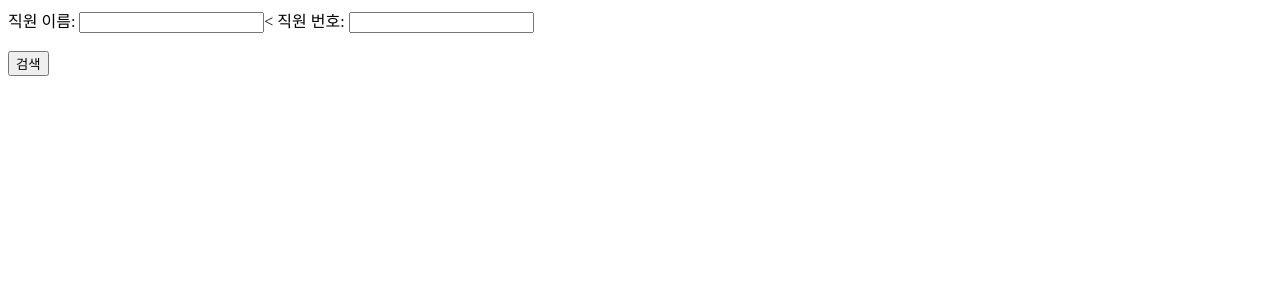
Repository: Awseok/InterDBTermProject
Page: http://localhost/FoodManager/Search_Employee.jsp
The author's editor kept a copy of each file at every save. The page is drawn from the files as they stood at one save, then again after the next save.
The browser window is 1280 px wide. The pictures show the whole page.
The page is served by Tomcat 9. Nobody is signed in. The application's start-up code is not run. Other server files are loaded and not shown.

Above is the page before, as saved 2020-06-27 11:55:23.

### FoodManager/WebContent/Search_Employee.jsp
<%@ page language="java" contentType="text/html; charset=EUC-KR"
    pageEncoding="EUC-KR"%>
<!DOCTYPE html>
<html>
<head>
<meta charset="EUC-KR">
<title>Insert title here</title>
</head>
<body>

직원 이름:
<input type="text" name="e_name"><
직원 번호:
<input type="text" name="e_no">

<br><br>
<input type="submit" value="검색"/>

</body>
</html>

After the next save:
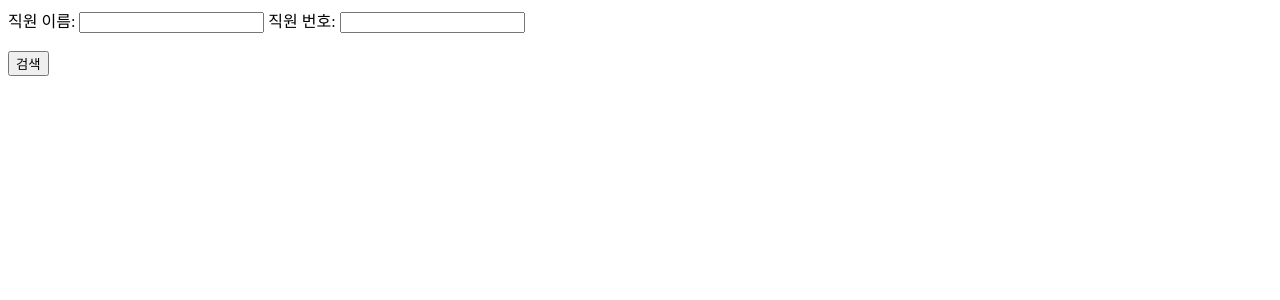
Saved 14 s later.
--- a/FoodManager/WebContent/Search_Employee.jsp
+++ b/FoodManager/WebContent/Search_Employee.jsp
@@ -9,7 +9,7 @@
 <body>
 
 직원 이름:
-<input type="text" name="e_name"><
+<input type="text" name="e_name">
 직원 번호:
 <input type="text" name="e_no">
 
